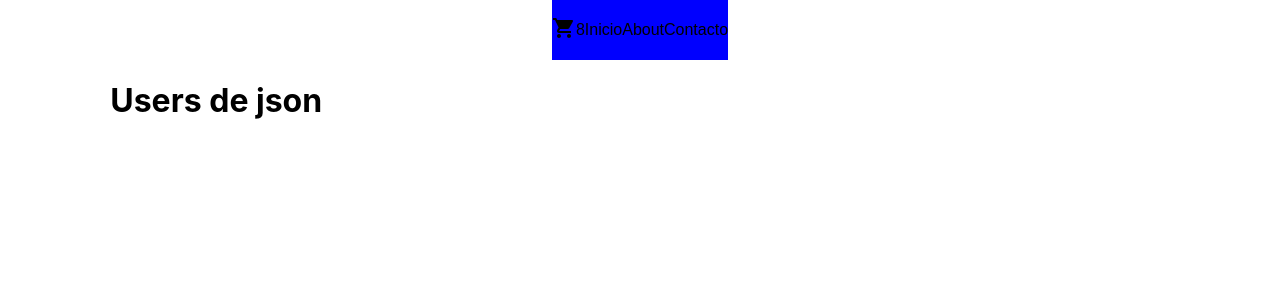
Repository: Toydrum/React-HectorCoronado
Page: /
The author's editor kept a copy of each file at every save. The page is drawn from the files as they stood at one save, then again after the next save.
The browser window is 1280 px wide. The pictures show the whole page.
The page's requests for data from a server got no answer. The project was rebuilt for these pictures with package versions that can differ from the ones it lists, and the page was loaded fresh each time. No one was signed in, and anything a server would have sent is missing. Also part of the build but not shown: src/components/CardUser/CardUser.jsx.

Above is the page before, as saved 2023-06-15 16:24:42.

After the next save:
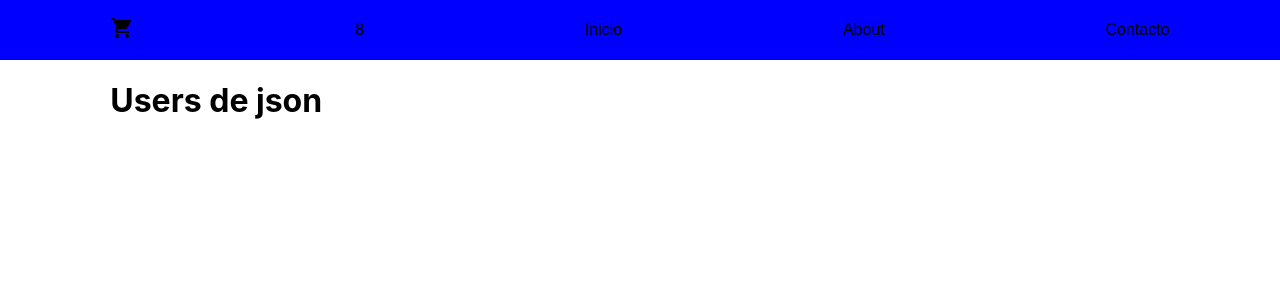
Saved 61 s later.
--- a/src/App.css
+++ b/src/App.css
@@ -2,7 +2,7 @@
   display: flex;
   flex-direction: column;
   justify-content: center;
-  align-items: center;
+  /*align-items: center;*/
 }
 
 .Cards-Container{
